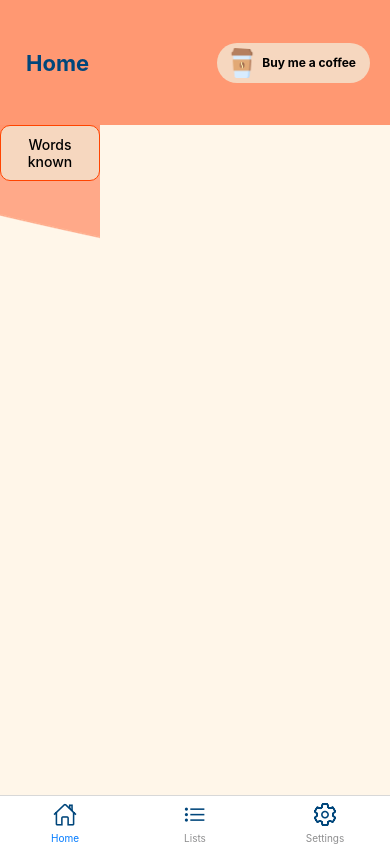
Repository: David-Waite/SpellingApp
Screen: /
The author's editor kept a copy of each file at every save. The screen is drawn from the files as they stood at one save, then again after the next save.
The app was drawn by React Native's web renderer in a window 390 px wide. The project was rebuilt for these pictures with package versions that can differ from the ones it lists, and the page was loaded fresh each time. Also part of the build but not shown: screens/Settings.js, screens/SpellWord.js, screens/WordsLearnt.js, screens/WordListOverview.js, screens/WordLists.js, screens/Donate.js.

Above is the screen before, as saved 2023-06-22 22:07:52.

After the next save:
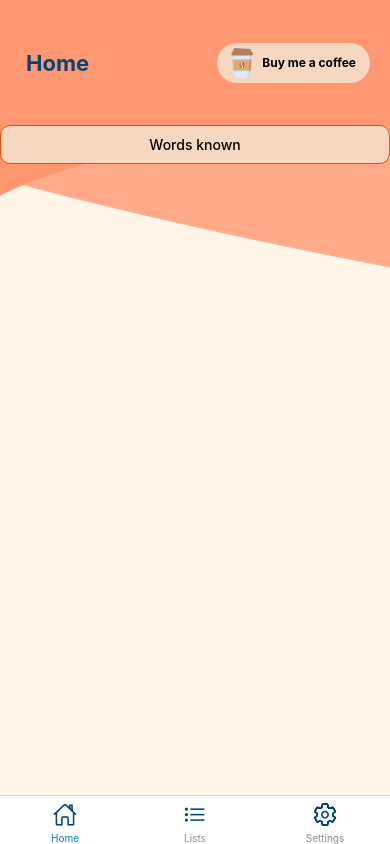
Saved 84 s later.
--- a/screens/Home.js
+++ b/screens/Home.js
@@ -31,7 +31,7 @@ const styles = StyleSheet.create({
   },
   ImageBackground: {
     resizeMode: "contain",
-    width: 100,
+    width: windowWidth,
     flex: 1,
   },
 });
